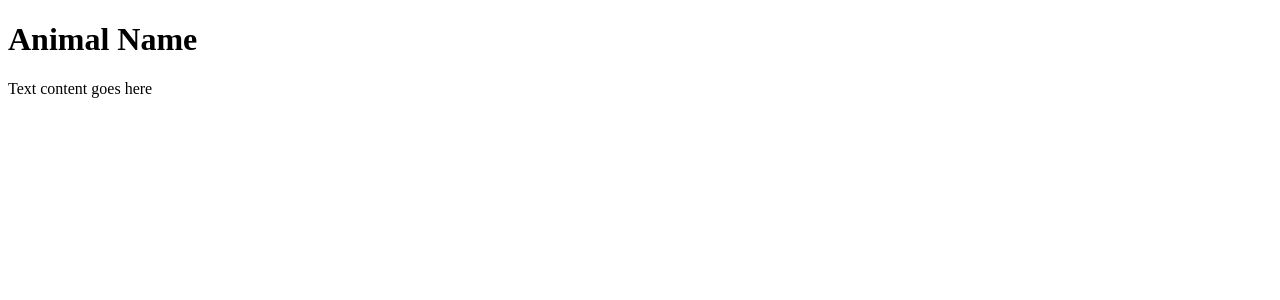
Repository: alsullivan14/LS170
Page: simple_http_server/www/lion.html
The author's editor kept a record of every edit. The page is drawn from the files as they stood at one moment, then again after the next edit.
The browser window is 1280 px wide. The pictures show the whole page.

Above is the page before.

### simple_http_server/www/lion.html
<!DOCTYPE html>
<html lang="en">
  <head>
    <meta charset="utf-8">
    <title>Lion | Big Cat Wiki</title>
  </head>
  <body>
    <h1>Animal Name</h1>
    <p>Text content goes here</p>
  </body>
</html>

After the next edit:
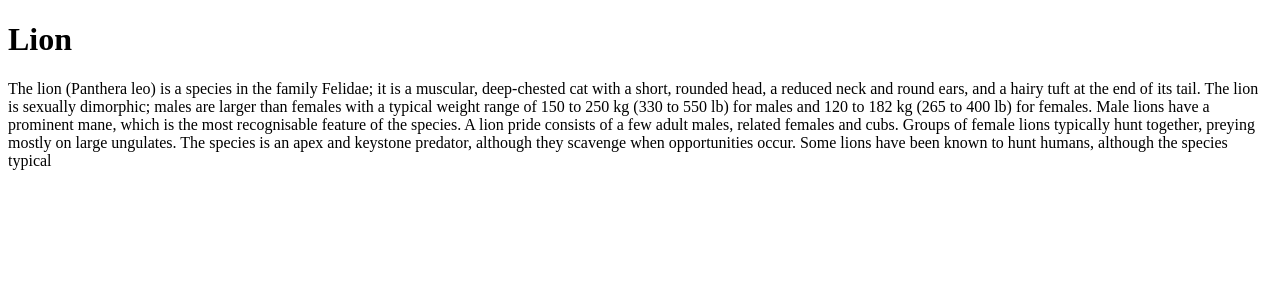
The edit:
--- a/simple_http_server/www/lion.html
+++ b/simple_http_server/www/lion.html
@@ -5,7 +5,7 @@
     <title>Lion | Big Cat Wiki</title>
   </head>
   <body>
-    <h1>Animal Name</h1>
-    <p>Text content goes here</p>
+    <h1>Lion</h1>
+    <p>The lion (Panthera leo) is a species in the family Felidae; it is a muscular, deep-chested cat with a short, rounded head, a reduced neck and round ears, and a hairy tuft at the end of its tail. The lion is sexually dimorphic; males are larger than females with a typical weight range of 150 to 250 kg (330 to 550 lb) for males and 120 to 182 kg (265 to 400 lb) for females. Male lions have a prominent mane, which is the most recognisable feature of the species. A lion pride consists of a few adult males, related females and cubs. Groups of female lions typically hunt together, preying mostly on large ungulates. The species is an apex and keystone predator, although they scavenge when opportunities occur. Some lions have been known to hunt humans, although the species typical</p>
   </body>
 </html>
